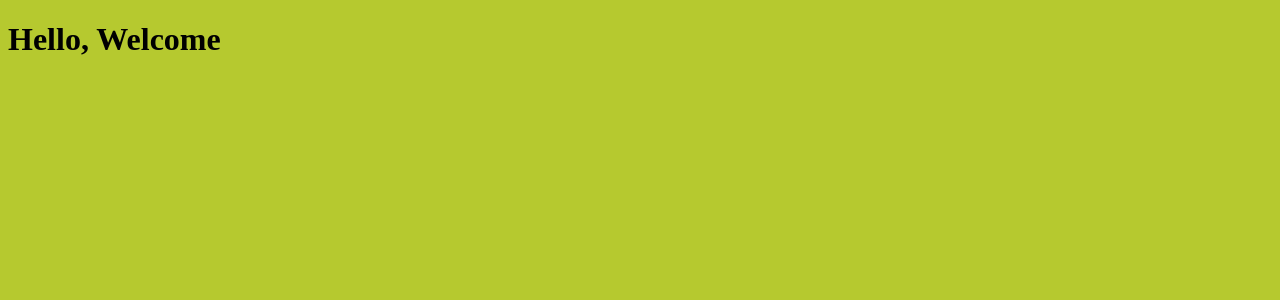
Repository: maliking/making
Page: http://localhost/labs/lab2/inc/randomBGColor.php
The author's editor kept a record of every edit. The page is drawn from the files as they stood at one moment, then again after the next edit.
The browser window is 1280 px wide. The pictures show the whole page.
The page is run by PHP 8.4 with error messages shown; the project is at /var/www/html/.

Above is the page before.

After the next edit:
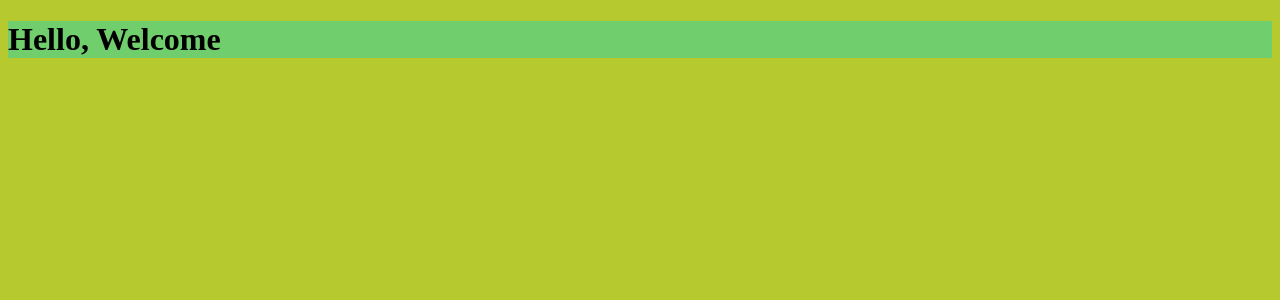
The edit:
--- a/labs/lab2/inc/randomBGColor.php
+++ b/labs/lab2/inc/randomBGColor.php
@@ -5,6 +5,15 @@
         <meta charset="utf-8"/>
         <style>
         body {
+            <?php
+                $red = rand(0, 255);
+                $green = rand(0, 255);
+                $blue = rand(0, 255);
+                $alpha = rand(0, 10) / 10;
+                echo "background-color: rgba(" . $red . "," . $green . "," . $blue . "," . $alpha . ")";
+            ?>
+        }
+        h1 {
             <?php
                 $red = rand(0, 255);
                 $green = rand(0, 255);

After the edit that followed:
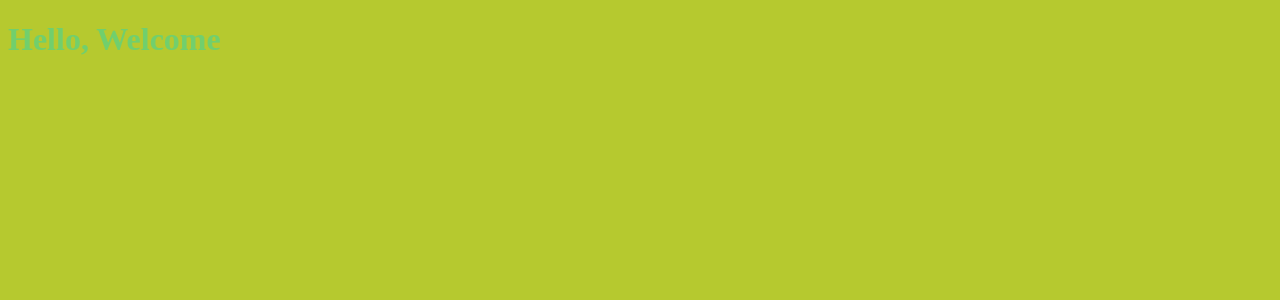
The edit:
--- a/labs/lab2/inc/randomBGColor.php
+++ b/labs/lab2/inc/randomBGColor.php
@@ -19,7 +19,7 @@
                 $green = rand(0, 255);
                 $blue = rand(0, 255);
                 $alpha = rand(0, 10) / 10;
-                echo "background-color: rgba(" . $red . "," . $green . "," . $blue . "," . $alpha . ")";
+                echo "color: rgba(" . $red . "," . $green . "," . $blue . "," . $alpha . ")";
             ?>
         }
         </style>
